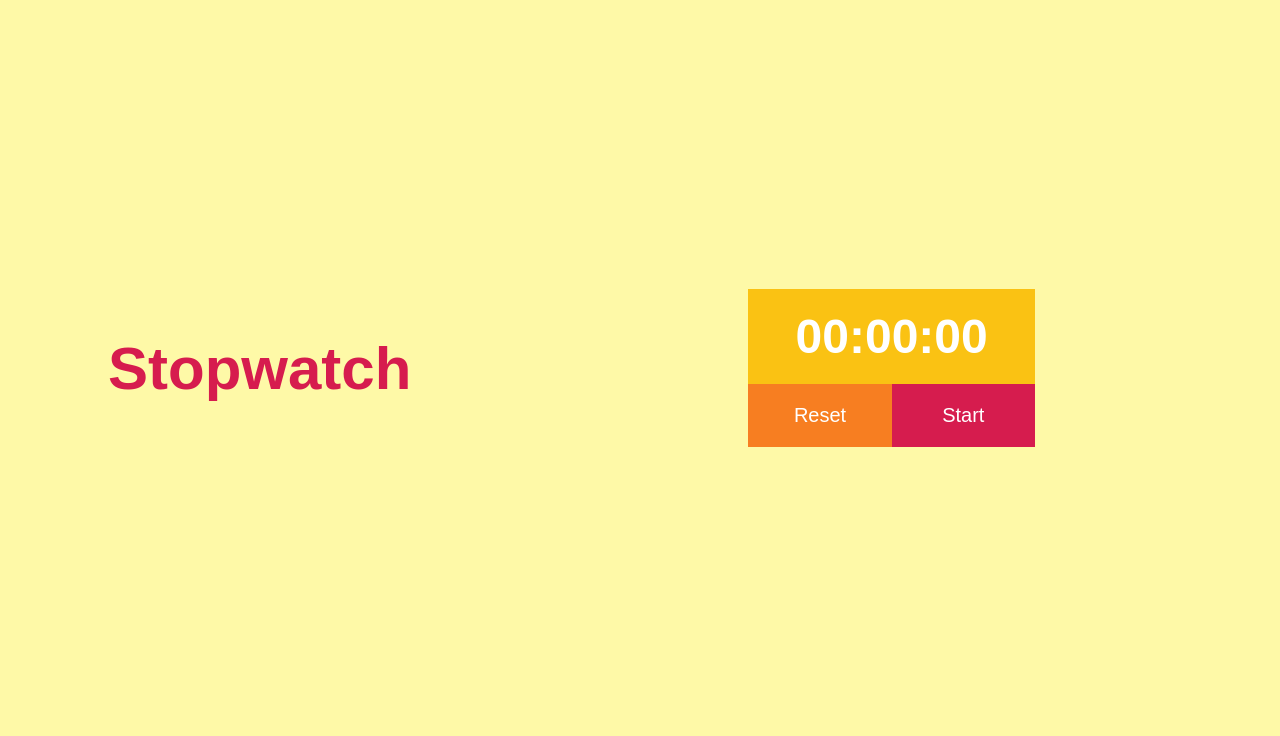
Repository: pilar122/stopwatch
Page: index.html
The author's editor kept a copy of each file at every save. The page is drawn from the files as they stood at one save, then again after the next save.
The browser window is 1280 px wide. The pictures show the whole page.

Above is the page before, as saved 2022-06-19 13:12:47.

### index.html
<!DOCTYPE html>
<html>
    <head>
        <title>
            Stopwatch
        </title>
        <link href="stopwatch.css" rel="stylesheet">
        <script src="stopwatch.js"></script>
    </head>

    <div class="header">
        <h1>Stopwatch</h1>
    </div>

    <body>

        <div id="stopwatch">
            <!--CURRENT TIME-->
            <div id="sw-time">00:00:00</div> <!-- sw is the time display-->

            <!--CONTROLS-->
            <input type="button" value="Reset" id="sw-rst" disabled/> <!--sw-rst is the reset button * and the disabled means that the buttons are at the moment-->
            <input type="button" value="Start" id="sw-go" disabled/> <!--sw-go is the start & stop button-->
        </div>
    </body>
</html>

### stopwatch.css
/* (A) CONTAINER */
#stopwatch {
    display: flex;
    flex-wrap: wrap;
    max-width: 400px;
    margin: 0 auto;
  }

  /* (B) TIME */
  #sw-time {
    width: 100%;
    padding: 20px 0;
    font-size: 48px;
    font-weight: bold;
    text-align: center;
    background: #FAC213;
    color: #fff;
  }

  /* (C) BUTTONS */
  #sw-rst, #sw-go {
    box-sizing: border-box;
    width: 50%;
    cursor: pointer;
    padding: 20px 0;
    border: 0;
    color: #fff;
    font-size: 20px;
  }
  #sw-rst { background-color: #F77E21; }
  #sw-go { background-color: #D61C4E; }

  /* (X) DOES NOT MATTER */
  /* PAGE & BODY */
  body {
    display: flex;
    align-items: center; justify-content: center;
    min-height: 100vh;
    background: #FEF9A7;
    background-repeat: no-repeat;
    background-position: center;
    background-size: cover;
  }
  * { font-family: arial, sans-serif; }

  /* WIDGET */
  .widget-wrap {
    min-width: 450px;
    padding: 30px;
    border-radius: 20px;
    background: rgba(255, 255, 255, 0.4);
  }

  .header {
    padding: 100px;
    text-align: center;
    color: #D61C4E;
    font-size: 30px;
    margin: 0px;
    /*margin-top: -500px;
    margin-right: -1000px; */
  }

  /* HEADER */
  h1 { text-align: center; }
  #code-boxx {
    width: 100%;
    margin-top: 30px;
    text-align: center;
  }

  /* FOOTER */
  #code-boxx {
    font-weight: 600;
    margin-top: 30px;
  }
  #code-boxx a {
    display: inline-block;
    padding: 5px;
    text-decoration: none;
    background: #d3adad;
    color: #fff;
  }

### stopwatch.js
var sw = {
    // (A) PROPERTIES
    etime : null, // html time display
    erst : null, // html reset button
    ego : null, // html start/stop button
    timer : null, // timer object
    now : 0, // current elapsed time

    // (B) INITIALIZE
    init : () => {
      // (B1) GET HTML ELEMENTS
      sw.etime = document.getElementById("sw-time");
      sw.erst = document.getElementById("sw-rst");
      sw.ego = document.getElementById("sw-go");

      // (B2) ENABLE BUTTON CONTROLS
      sw.erst.onclick = sw.reset;
      sw.ego.onclick = sw.start;
      sw.erst.disabled = false;
      sw.ego.disabled = false;
    },

    // (C) START!
    start : () => {
      sw.timer = setInterval(sw.tick, 1000);
      sw.ego.value = "Stop";
      sw.ego.onclick = sw.stop;
    },

    // (D) STOP
    stop : () => {
      clearInterval(sw.timer);
      sw.timer = null;
      sw.ego.value = "Start";
      sw.ego.onclick = sw.start;
    },

    // (E) TIMER ACTION
    tick : () => {
      // (E1) CALCULATE HOURS, MINS, SECONDS
      sw.now++;
      let hours = 0, mins = 0, secs = 0,
      remain = sw.now;
      hours = Math.floor(remain / 3600);
      remain -= hours * 3600;
      mins = Math.floor(remain / 60);
      remain -= mins * 60;
      secs = remain;

      // (E2) UPDATE THE DISPLAY TIMER
      if (hours<10) { hours = "0" + hours; }
      if (mins<10) { mins = "0" + mins; }
      if (secs<10) { secs = "0" + secs; }
      sw.etime.innerHTML = hours + ":" + mins + ":" + secs;
    },

    // (F) RESET
    reset : () => {
      if (sw.timer != null) { sw.stop(); }
      sw.now = -1;
      sw.tick();
    }
  };
  window.addEventListener("load", sw.init);

After the next save:
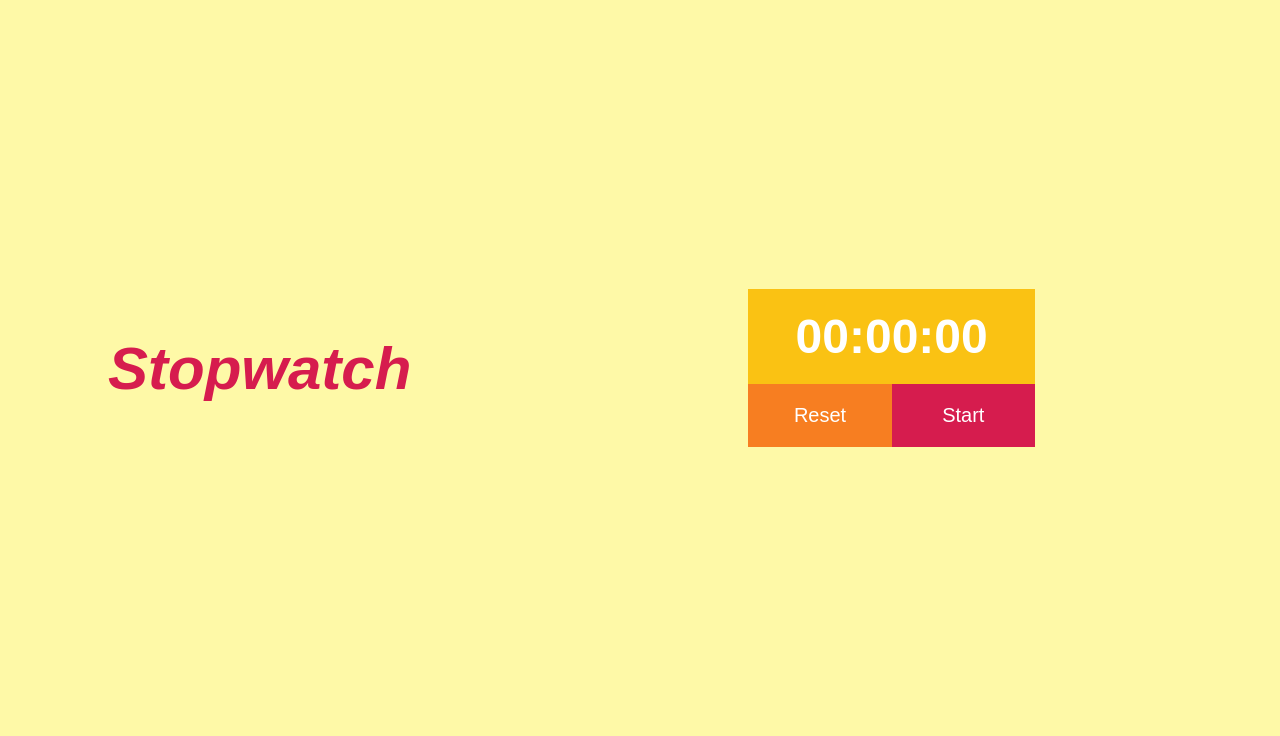
Saved 53 s later.
--- a/stopwatch.css
+++ b/stopwatch.css
@@ -57,6 +57,7 @@
     color: #D61C4E;
     font-size: 30px;
     margin: 0px;
+    font-style: italic;
     /*margin-top: -500px;
     margin-right: -1000px; */
   }
